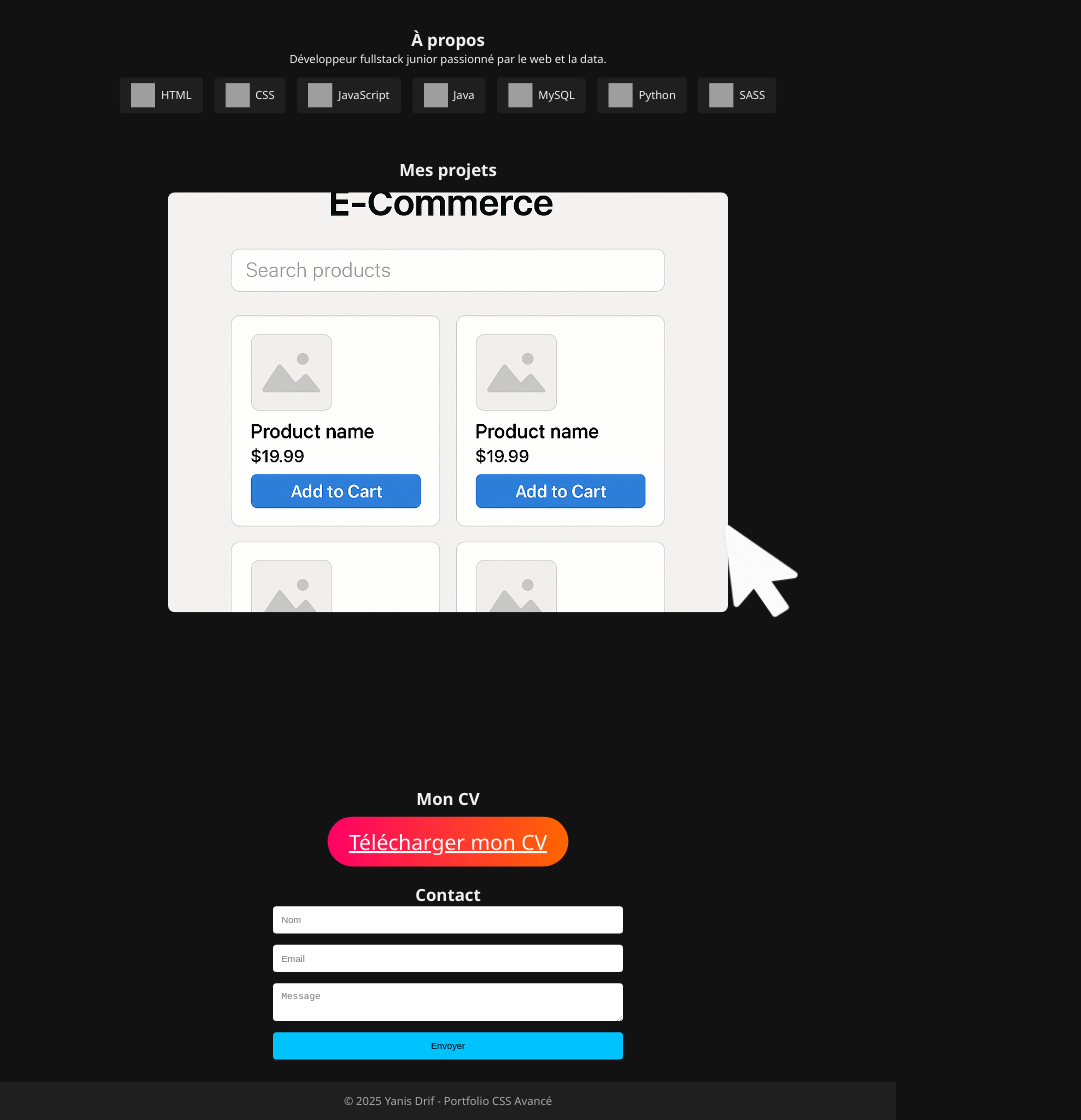
Repository: Yxniiss/ProjetCssAvance
Page: OneDrive/Bureau/Portfolio DrifYanis/home.html
These files come from the project's save history. The page is drawn as it stood at one moment and after the next save; the edit follows.
The browser window is 1280 px wide. The page is 1544 px wide, so the pictures cover 1544 px, including what lies to the right of the window. The pictures show the part of the page from y = 824 to 2424 px (the page is 2424 px tall), at 70% of full size.
Pictures or frames that could not be fetched are drawn as grey boxes.

Above is the page before, as saved 2025-04-10 11:38:56.
Console error: TypeError: Cannot set properties of null (setting 'textContent')

### OneDrive/Bureau/Portfolio DrifYanis/home.html
<!DOCTYPE html>
<html lang="fr">
<head>
  <meta charset="UTF-8" />
  <meta name="viewport" content="width=device-width, initial-scale=1.0" />
  <title>Portfolio - Yanis Drif</title>
  <link rel="stylesheet" href="/style.css" />
  <script defer src="/script.js"></script>
</head>
<body>
  <nav class="navbar">
    <div class="logo">Yanis Drif</div>
    <ul class="nav-links">
      <li><a href="#apropos">À propos</a></li>
      <li><a href="#projets">Projets</a></li>
      <li><a href="#cv">CV</a></li>
      <li><a href="#contact">Contact</a></li>
    </ul>
  </nav>

  <header class="hero">
    <img src="/image/IMG_0965 (2).jpeg" alt="Photo de profil" class="hero__image" />
    <div class="hero__content">
      <h1 class="hero__name">Yanis Drif</h1>
      <p class="hero__tagline">Développeur <span>Web</span> & Passionné de Data</p>
      <p class="hero__desc">Musique 🎧 | Jeux Vidéo 🎮 | Basket 🏀</p>
      <a href="#projets" class="btn">Voir mes projets</a>
    </div>
  </header>

  <section id="apropos" class="section about">
    <h2>À propos</h2>
    <p>Développeur fullstack junior passionné par le web et la data.</p>
    <div class="skills">
      <div class="skill"><img src="https://devicon-website.vercel.app/api/html5/original-wordmark.svg" alt="HTML">HTML</div>
      <div class="skill"><img src="https://devicon-website.vercel.app/api/css3/original-wordmark.svg" alt="CSS">CSS</div>
      <div class="skill"><img src="https://devicon-website.vercel.app/api/javascript/original.svg" alt="JavaScript">JavaScript</div>
      <div class="skill"><img src="https://devicon-website.vercel.app/api/java/original-wordmark.svg" alt="Java">Java</div>
      <div class="skill"><img src="https://devicon-website.vercel.app/api/mysql/plain-wordmark.svg" alt="MySQL">MySQL</div>
      <div class="skill"><img src="https://devicon-website.vercel.app/api/python/original-wordmark.svg" alt="Python">Python</div>
      <div class="skill"><img src="https://devicon-website.vercel.app/api/sass/original.svg" alt="SASS">SASS</div>
    </div>
  </section>

  <section id="projets" class="section projets">
    <h2>Mes projets</h2>
    <div class="projects carousel">
      <img src="image/ChatGPT Image 10 avr. 2025, 11_03_09.png" alt="Projet 1"/>
      <img src="/image/ChatGPT Image 10 avr. 2025, 11_09_31.png" alt="Projet 2" />
      <img src="/image/ChatGPT Image 10 avr. 2025, 11_11_38.png" alt="Projet 3" />
    </div>
    <div class="cursor2">
      <img src="/image/fecd8f8b-00be-49a2-b5b1-3fb5a8c2059e.png">
    </div>
  </section>

  <section id="cv" class="section cv">
    <h2>Mon CV</h2>
    <a href="/doc/CV Yanis (1) (1).pdf" download class="btn2">Télécharger mon CV</a>
  </section>

  <section id="contact" class="section contact">
    <h2>Contact</h2>
    <form class="contact-form">
      <input type="text" placeholder="Nom" required />
      <input type="email" placeholder="Email" required />
      <textarea placeholder="Message" required></textarea>
      <button type="submit">Envoyer</button>
    </form>
  </section>

  <footer>
    <p>&copy; 2025 Yanis Drif - Portfolio CSS Avancé</p>
  </footer>
</body>
</html>

### OneDrive/Bureau/Portfolio DrifYanis/style.css
* {
    margin: 0;
    padding: 0;
    box-sizing: border-box;
  }

  body {
    font-family: "Segoe UI", sans-serif;
    background-color: #121212;
    color: #f1f1f1;
  }


  .navbar {
    display: flex;
    justify-content: space-between;
    padding: 1rem 2rem;
    background-color: #1f1f1f;
  }

  .nav-links {
    display: flex;
    list-style: none;
    gap: 1.5rem;
  }

  .nav-links a {
    color: #00c2ff;
    text-decoration: none;
  }

  .hero {
    padding: 3rem 1rem;
    text-align: center;

  }

  .hero__name{
    position: relative;
    left: 280px;
    bottom:500px;

  }

  .hero__tagline{
    position: relative;
    left:280px;
    bottom:490px;
  }

  .hero__desc{
    position: relative;
    left:280px;
    bottom:490px;}

  .hero__image {
    border-radius: 25%;
    width: 400px;
    border: 1px solid #ffffff;
    margin-bottom: 1rem;
    position: relative;
    right:500px ;
  }

  .section {
    padding: 2rem 1rem;
    text-align: center;
  }

  .projects {
    display: flex;
    justify-content: center;
    gap: 1rem;
    flex-wrap: wrap;
    margin-top: 1rem;
  }

  .projects img {
    width: 800px;
    height: 600px;
    -o-object-fit: cover;
       object-fit: cover;
    border-radius: 10px;
  }

  .cursor2 img{
    width: 180px;
    position:relative;
    bottom:150px;
    left:450px;
    transform: rotate(0deg);

  }

  .skills {
    display: flex;
    flex-wrap: wrap;
    gap: 1rem;
    justify-content: center;
    margin-top: 1rem;
  }

  .skill {
    display: flex;
    align-items: center;
    gap: 0.5rem;
    background-color: #1f1f1f;
    padding: 0.5rem 1rem;
    border-radius: 5px;
    transition: 0.3s ease, opacity 0.3s ease;
  }

  .skill:hover{
    transform: scale(1.2);
    opacity: 0.8;
  }

  .skill img {
    width: 35px;
    height: 35px;
  }

  footer {
    padding: 1rem;
    text-align: center;
    background-color: #1f1f1f;
    color: #aaa;
  }

  .btn {
    padding: 15px 30px;
    font-size: 30px;
    position: relative;
    left: 300px;
    bottom:150px;
    color:white;
    background: linear-gradient(90deg, #ff0066, #ff6600);
    border:none;
    border-radius: 50px;
    cursor: pointer;
    box-shadow: 0 4px 15px rgba(255,0,102,0);
    transition: box-shadow 0.3s ease, transform 0.3s ease;
  }

  .btn:hover{
    box-shadow: 0 10px 20px rgba(255,0,102,0.5);
    transform: translateY(-3px);
  }

  .btn2 {
    padding: 15px 30px;
    font-size: 30px;
    position: relative;
    left: 0px;
    top:25px;
    color:white;
    background: linear-gradient(90deg, #ff0066, #ff6600);
    border:none;
    border-radius: 50px;
    cursor: pointer;
    box-shadow: 0 4px 15px rgba(255,0,102,0);
    transition: box-shadow 0.3s ease, transform 0.3s ease;
  }

  .btn2:hover{
    box-shadow: 0 10px 20px rgba(255,0,102,0.5);
    transform: translateY(-3px);
  }


  .contact-form {
    max-width: 500px;
    margin: auto;
    display: flex;
    flex-direction: column;
    gap: 1rem;
  }

  .contact-form input,
  .contact-form textarea {
    padding: 0.75rem;
    border: none;
    border-radius: 5px;
  }

  .contact-form button {
    background-color: #00c2ff;
    color: #000;
    padding: 0.75rem;
    border: none;
    border-radius: 5px;
    cursor: pointer;
  }

  .start h1{
    text-align: left;
    margin-top: 100px;
    font-size: 35px;
    margin-left: 100px;
  }

  .start h2{
    text-align: left;
    margin-top: 1px;
    font-size: 70px;
    margin-left: 100px;
  }

  .start h3{
    text-align: left;
    margin-top: 1px;
    font-size: 35px;
    margin-left: 100px;
  }

  #mot {
    color:#00c2ff;
  }

  #cursor{
    display: inline-block;
    width: 10px;
    background-color:black;
    animation: blink 0.8s step-end infinite;
  }

  @keyframes blink{
    50% {
      opacity: 0;
    }
  }

  @keyframes typing{
    from{
      width: 0;
    }
    to{
      width: 100%;
    }
  }

  #main{
    opacity: 0;
    transform: translateY(0);
    transition: opacity 5s ease, transform 5s ease;
  }

  body.loaded #main{
    opacity: 1;
    transform: translateY(0);
  }


  .start p{
    text-align: left;
    margin-left: 100px;
    margin-top: 20px;
    font-size: 20px;
  }

  .ntwrks {
    position: absolute;
    top: 410px;
    left: 110px;
    display: flex;
    flex-wrap: wrap;
    gap: 1rem;
  }

  .ntwrk {
    display: flex;
    align-items: center;
    gap: 0.5rem;
    background-color: #1f1f1f;
    padding: 1rem 1rem;
    border-radius: 100px;
    transition: 0.3s ease, opacity 0.3s ease;
  }

  .ntwrk:hover{
    transform: scale(1.2);
    opacity: 0.8;
  }

  .ntwrk img {
    width: 30px;
    height: 30px;
  }

  .modern-button{
    background-color:#00c2ff;
    font-size: 16px;
    font-weight: bold;
    border:none;
    padding: 15px 30px;
    border-radius: 25px;
    cursor: pointer;
    outline: none;
    position: relative;
    right:550px;
    top:120px;
    animation:glow 1.5s infinite alternate;
    transition: 0.3s ease, opacity 0.3s ease;
  }

  .modern-button a{
    color:white;
    text-decoration: none;
  }

  .modern-button:hover{
    transform: scale(1.2);
    opacity: 1;
  }

  @keyframes glow{
    0%{
      box-shadow: 0 0 10px 5px rgba(0, 194, 255, 0.6), 0 0 20px 10px rgba(0, 194, 255, 0.4);
    }
    100%{
      box-shadow: 0 0 20px 10px rgba(0, 194, 255, 1), 0 0 30px 15px rgba(0, 194, 255, 0.8);
    }
  }

  .image{
    max-width: 30%;
    position: relative;
    bottom: 350px;
    left: 350px;
  }

### OneDrive/Bureau/Portfolio DrifYanis/script.js

document.addEventListener('DOMContentLoaded', () => {
    // Scroll fluide
    document.querySelectorAll('a[href^="#"]').forEach(anchor => {
      anchor.addEventListener('click', function (e) {
        e.preventDefault();
        const target = document.querySelector(this.getAttribute('href'));
        if (target) {
          target.scrollIntoView({ behavior: 'smooth' });
        }
      });
    });

    // Carrousel automatique
    const images = document.querySelectorAll('.carousel img');
    let currentIndex = 0;

    function showSlide(index) {
      images.forEach((img, i) => {
        img.style.display = i === index ? 'block' : 'none';
      });
    }

    function nextSlide() {
      currentIndex = (currentIndex + 1) % images.length;
      showSlide(currentIndex);
    }

    if (images.length > 0) {
      showSlide(currentIndex);
      setInterval(nextSlide, 3000); // change every 3 seconds
    }
  });

  const mot = ["Etudiant", "Developpeur web", "Pasionné de code","Developpeur fullstack"];
  let index = 0;
  const element = document.getElementById("mot");
  const cursor = document.getElementById("cursor");

  let typingInterval;
  let currentWord = "";
  let currentCharIndex = 0;

  function  commencerTypingAnimation(){
    currentWord=mot[index];
    currentCharIndex = 0;
    element.textContent = '';

    typingInterval = setInterval(() =>{
      element.textContent += currentWord.charAt(currentCharIndex);
      currentCharIndex++;

      if(currentCharIndex === currentWord.length){
        clearInterval(typingInterval);
        setTimeout(changerMot,1000);
      }
    },150);
  }

  function changerMot(){
    element.textContent=mot[index];
    index++;
    if(index===mot.length){
      index=0;
    }
    commencerTypingAnimation();
  }
  commencerTypingAnimation();

  window.addEventListener('load', function () {
    document.body.classList.add('loaded');
  });

After the next save:
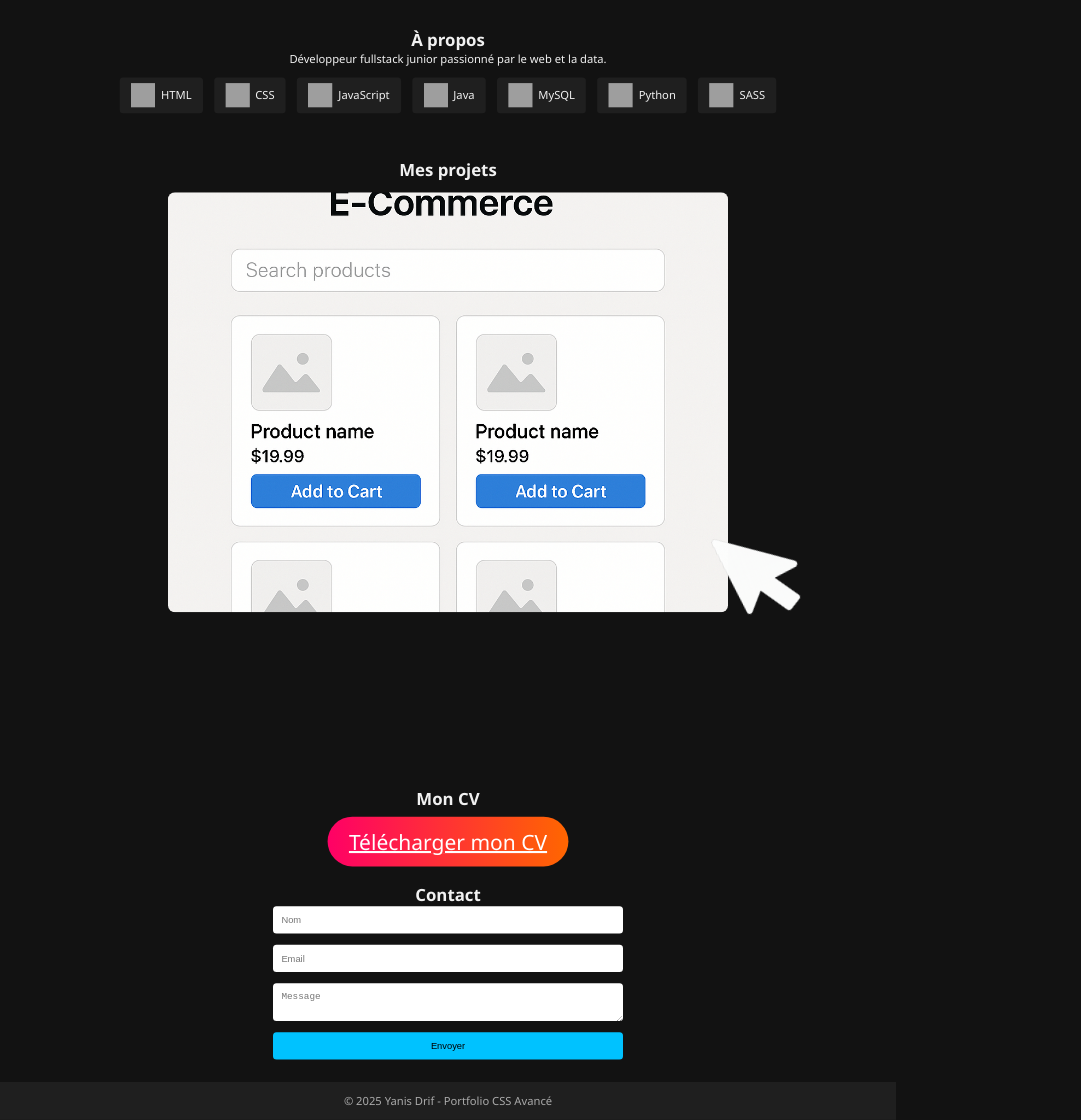
Saved 7 s later.
--- a/OneDrive/Bureau/Portfolio DrifYanis/style.css
+++ b/OneDrive/Bureau/Portfolio DrifYanis/style.css
@@ -88,7 +88,7 @@
     position:relative;
     bottom:150px;
     left:450px;
-    transform: rotate(0deg);
+    transform: rotate(-20deg);
 
   }
 
